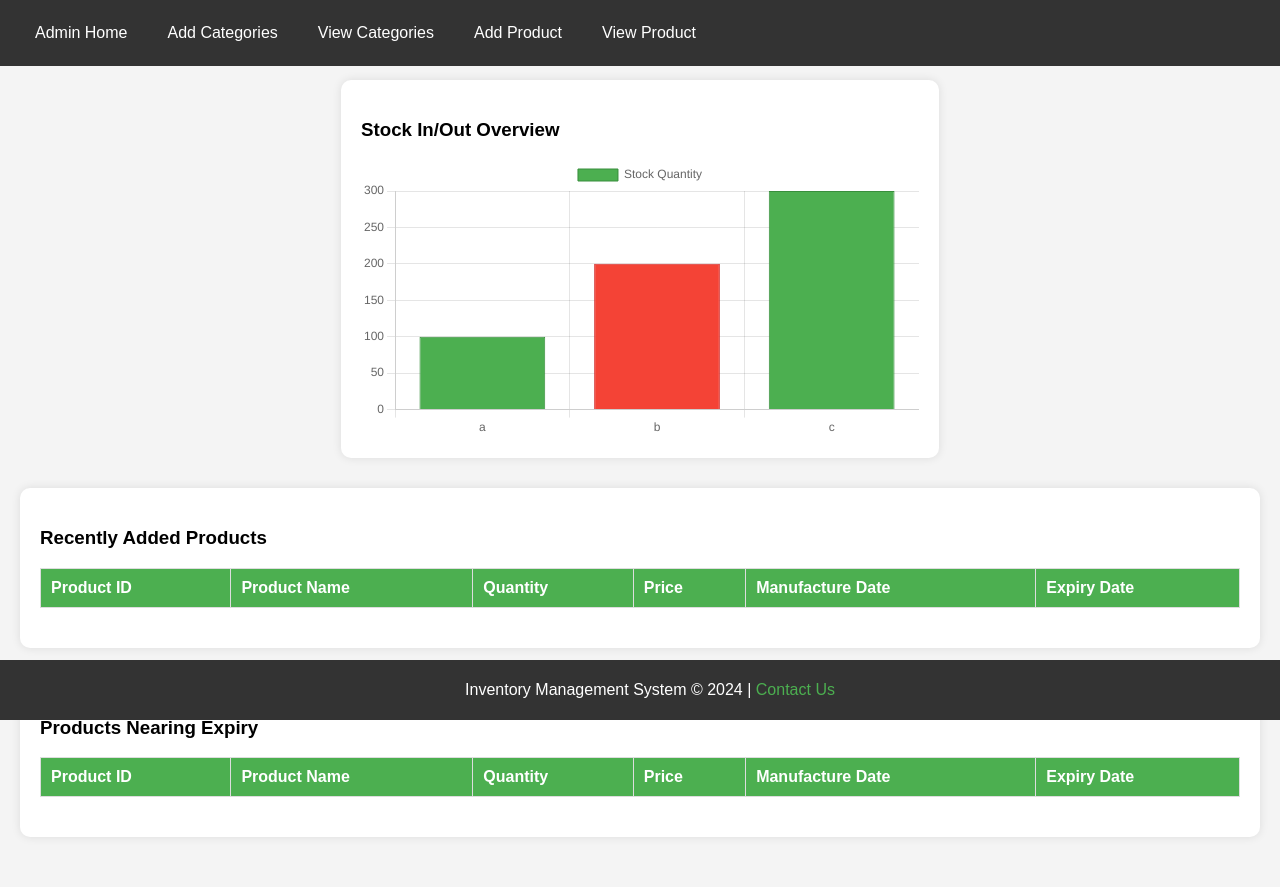
Repository: SimOneGraCias11/Montran_Training
Page: http://localhost/Project/adminHome.jsp
The author's editor kept a copy of each file at every save. The page is drawn from the files as they stood at one save, then again after the next save.
The browser window is 1280 px wide. The pictures show the whole page.
The page is served by Tomcat 9.

Above is the page before, as saved 2024-08-10 23:23:54.

### Project/src/main/webapp/adminHome.jsp
<%@ page language="java" contentType="text/html; charset=ISO-8859-1"
    pageEncoding="ISO-8859-1"%>
<!DOCTYPE html>
<html>
<head>
    <title>Admin Dashboard</title>
    <style>
        body, html {
            margin: 0;
            padding: 0;
            font-family: Arial, sans-serif;
            background-color: #f4f4f4;
            display: flex;
            flex-direction: column;
            min-height: 100vh;
        }
        .container {
            padding-top: 80px;
            padding: 20px;
            flex: 1;
        }
        .charts {
            display: flex;
            justify-content: space-around;
            margin-bottom: 30px;
        }
        .chart-container {
            width: 45%;
            padding: 20px;
            background-color: #fff;
            box-shadow: 0 0 10px rgba(0, 0, 0, 0.1);
            border-radius: 10px;
        }
        .table-container {
            background-color: #fff;
            padding: 20px;
            box-shadow: 0 0 10px rgba(0, 0, 0, 0.1);
            border-radius: 10px;
            margin-bottom: 30px;
        }
        table {
            width: 100%;
            border-collapse: collapse;
            margin-bottom: 20px;
        }
        table, th, td {
            border: 1px solid #ddd;
        }
        th, td {
            padding: 10px;
            text-align: left;
        }
        th {
            background-color: #4CAF50;
            color: white;
        }
    </style>
    <script src="https://cdn.jsdelivr.net/npm/chart.js"></script>
</head>
<body>

    <%@ include file="header.jsp" %>

    <div class="container">
        <div class="charts">
            <div class="chart-container">
                <h3>Stock In/Out Overview</h3>
                <canvas id="stockChart"></canvas>
            </div>

        </div>


        <div class="table-container">
            <h3>Recently Added Products</h3>
            <table>
                <thead>
                    <tr>
                        <th>Product ID</th>
                        <th>Product Name</th>
                        <th>Quantity</th>
                        <th>Price</th>
                        <th>Manufacture Date</th>
                        <th>Expiry Date</th>


                    </tr>
                </thead>
                <tbody>

                </tbody>
            </table>
        </div>


        <div class="table-container">
            <h3>Products Nearing Expiry</h3>
            <table>
                <thead>
                    <tr>
                        <th>Product ID</th>
                        <th>Product Name</th>
                        <th>Quantity</th>
                        <th>Price</th>
                        <th>Manufacture Date</th>
                        <th>Expiry Date</th>
                    </tr>
                </thead>
                <tbody>
                </tbody>
            </table>
        </div>
    </div>

    <%@ include file="footer.jsp" %>

    <script>
        var ctx = document.getElementById('stockChart').getContext('2d');
        var stockChart = new Chart(ctx, {
            type: 'bar',
            data: {
                labels: ["a","b","c"],
                datasets: [{
                    label: 'Stock Quantity',
                    data: [100,200,300],
                    backgroundColor: ['#4CAF50', '#f44336'],
                    borderColor: ['#388E3C', '#d32f2f'],
                    borderWidth: 1
                }]
            },
            options: {
                scales: {
                    y: {
                        beginAtZero: true
                    }
                }
            }
        });


    </script>

</body>
</html>

### Project/src/main/webapp/header.jsp
<%@ page language="java" contentType="text/html; charset=ISO-8859-1"
    pageEncoding="ISO-8859-1"%>
<!DOCTYPE html>
<html>
<head>
<style>
body{
margin:0;
padding:0;
}
.navbar{
background-color:#333;
overflow:hidden;
padding:10px 15px;
position:fixed;
top:0;
width:100%;
z-index:1000;
}

.navbar a{
float:left;
color:white;
text-align:center;
padding:14px 20px;
text-decoration:none;
font-size:16px;

}
.navbar a:hover{
background-color:#ddd;
color:black;
}

.navbar a.active{
background-color:#4CAF50;
color:white;
}
.content{
padding-top:60px;
}
</style>
</head>
<body>
<div class="navbar">
<a href="adminHome.jsp" >Admin Home</a>
<a href="addCategories">Add Categories</a>
<a href="viewCategories" >View Categories</a>
<a href="addProduct">Add Product</a>
<a href="viewProduct">View Product</a>

</div>
<div class="content"></div>
</body>
</html>

### Project/src/main/webapp/footer.jsp
<%@ page language="java" contentType="text/html; charset=ISO-8859-1"
    pageEncoding="ISO-8859-1"%>
<!DOCTYPE html>
<html>
<head>

<style>

.footer{
background-color:#333;
color:white;
padding:5px 10px;
text-align:center;
position:fixed;
left:0;
bottom:0;
width:100%;

}

.footer a{
color:#4CAF50;
text-decoration:none;

}
.footer a:hover{
text-decoration:underline;

}

</style>
</head>
<body>

<div class="footer">
<p> Inventory Management System &copy; 2024 | <a href="contact.jsp"> Contact Us </a></p>

</div>

</body>
</html>

After the next save:
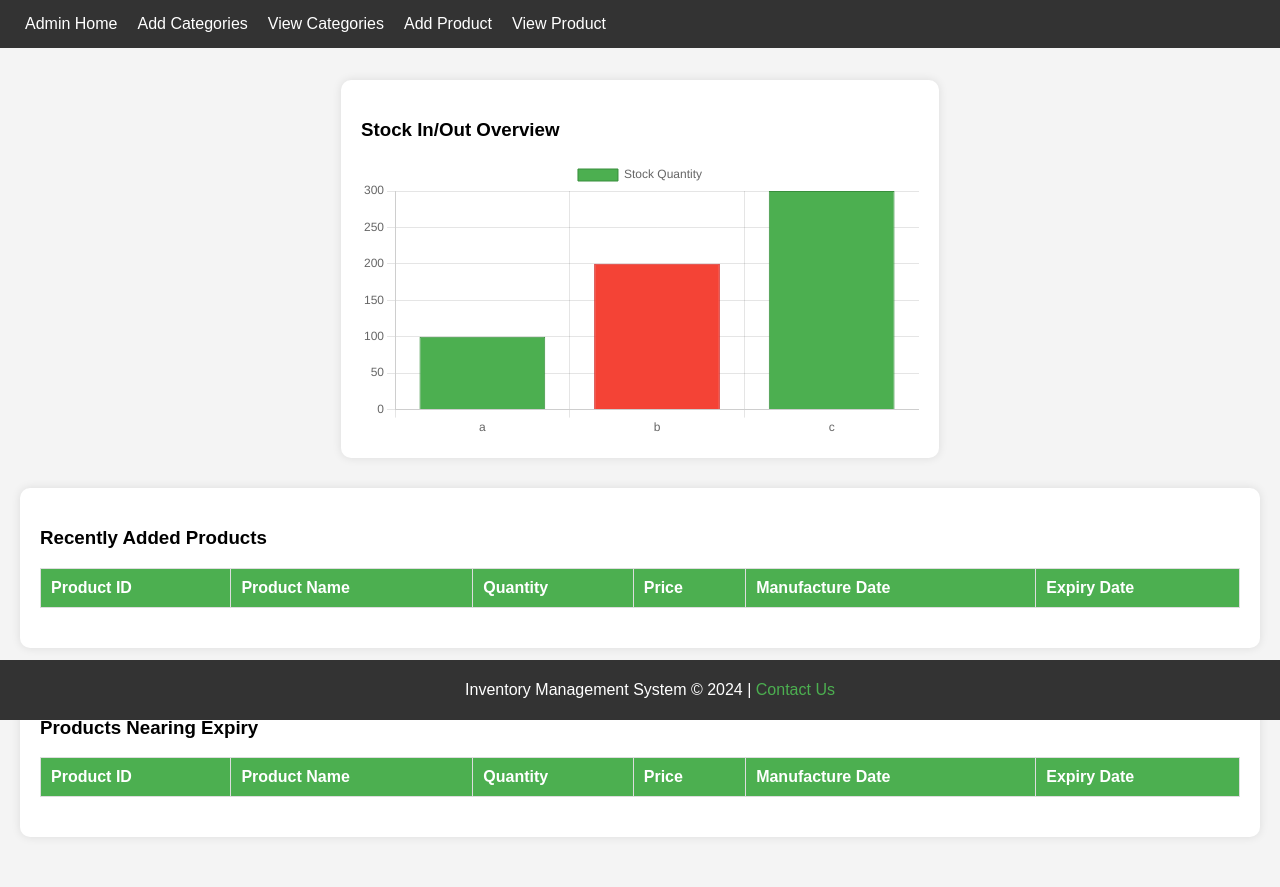
Saved 25 s later.
--- a/Project/src/main/webapp/header.jsp
+++ b/Project/src/main/webapp/header.jsp
@@ -22,7 +22,7 @@ z-index:1000;
 float:left;
 color:white;
 text-align:center;
-padding:14px 20px;
+padding:5px 10px;
 text-decoration:none;
 font-size:16px;
 
